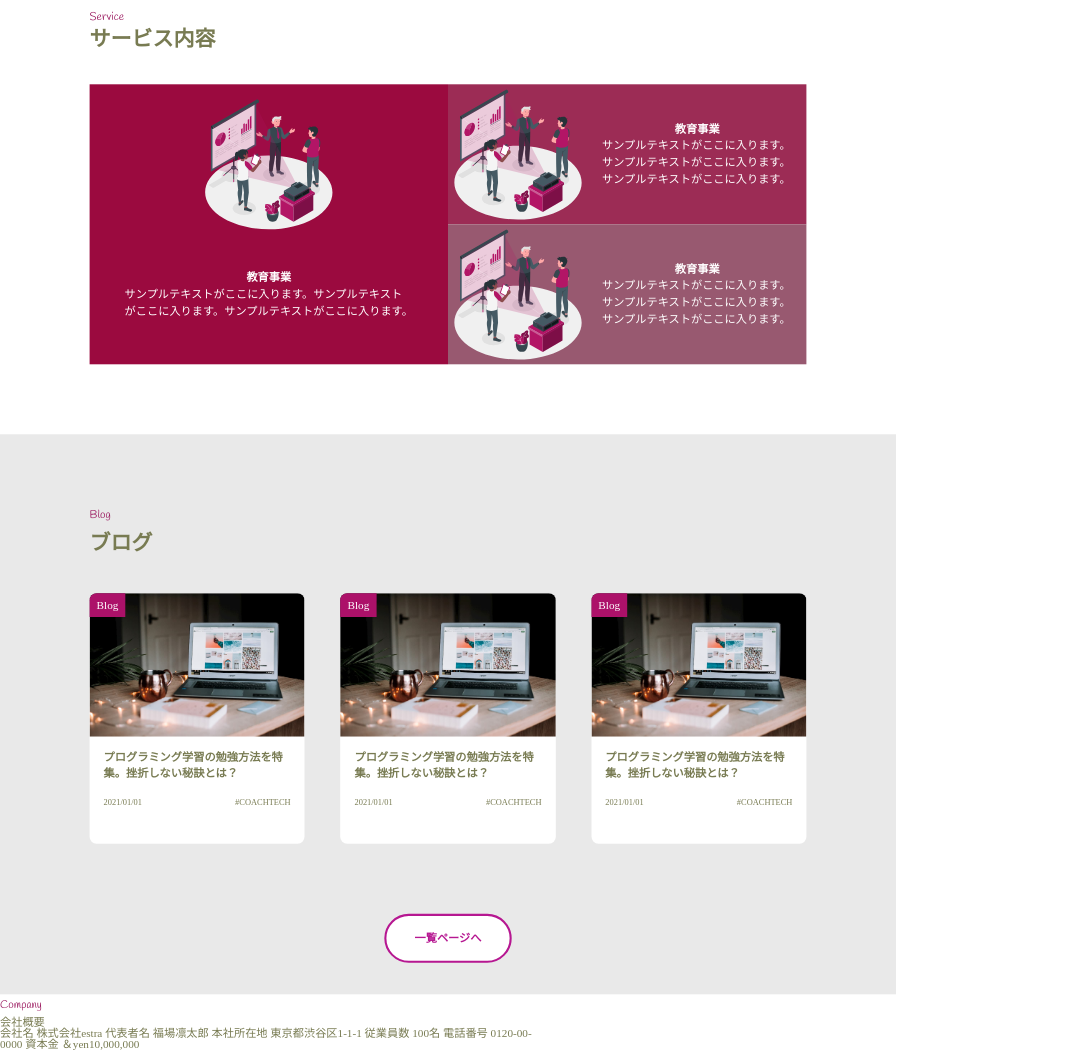
Repository: masanarimiura/20220504miura
Page: index.html
The author's editor kept a copy of each file at every save. The page is drawn from the files as they stood at one save, then again after a run of saves.
The browser window is 1280 px wide. The page is 1536 px wide, so the pictures cover 1536 px, including what lies to the right of the window. The pictures show the part of the page from y = 1799 to 3399 px (the page is 3299 px tall before and 3399 px after), at 70% of full size.
Some web fonts or font styles are not loaded; a fallback is used.

Above is the page before, as saved 2022-05-05 00:48:01.

After the next 7 saves:
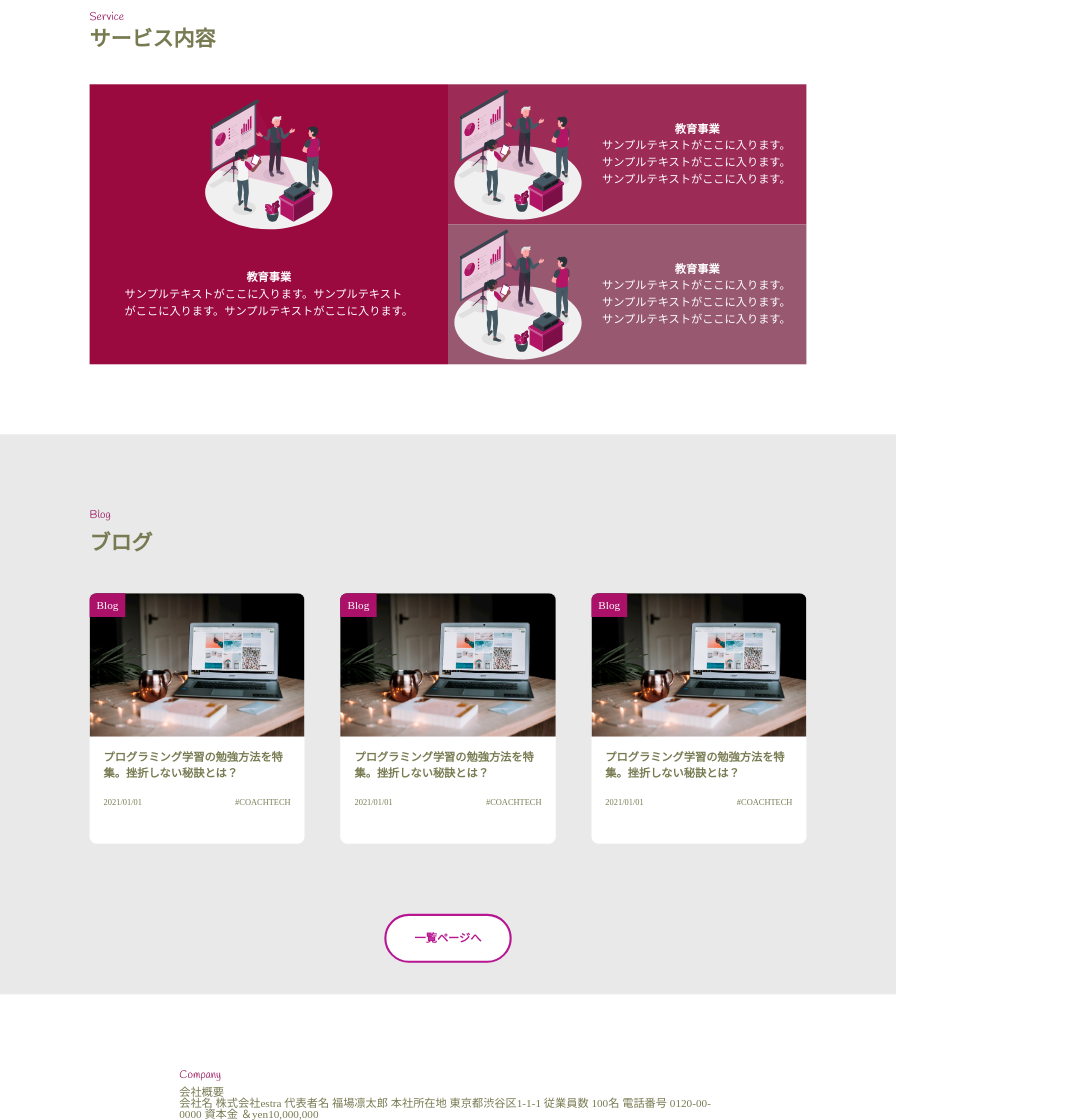
The 7 saves are shown as one change because they came seconds apart.
The last was saved 34 s later.
--- a/css/style.css
+++ b/css/style.css
@@ -263,5 +263,5 @@ a {
 }
 .company {
   width: 60%;
-  m
-}
+  margin: 100px auto 0;
+}
